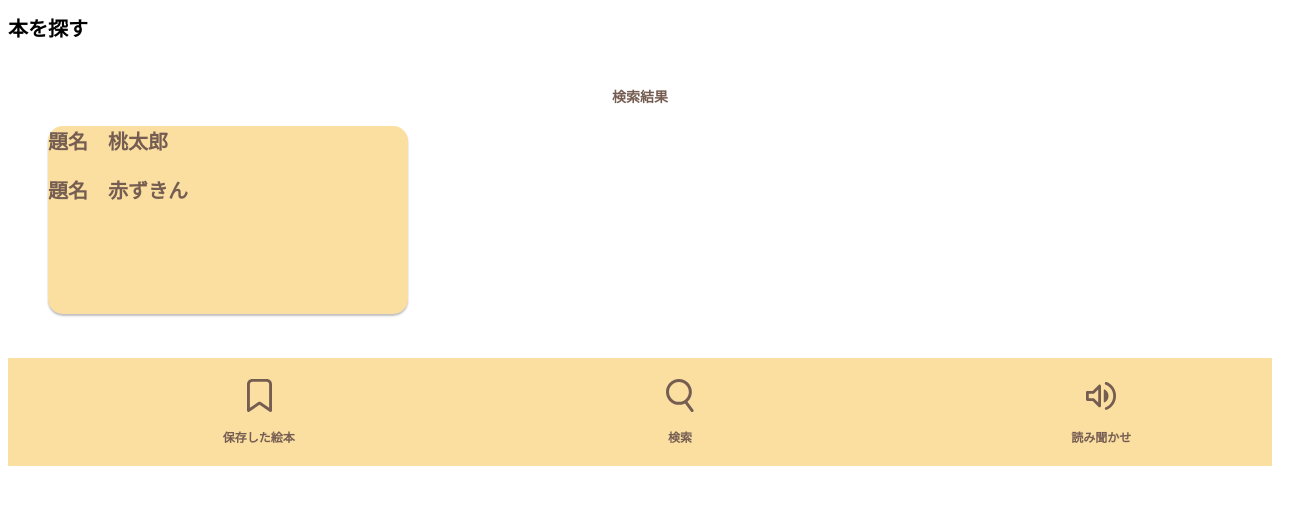
Repository: kmii12/2024-teampj
Page: /result
The author's editor kept a copy of each file at every save. The page is drawn from the files as they stood at one save, then again after the next save.
The browser window is 1280 px wide. The page is 1312 px wide, so the pictures cover 1312 px, including what lies to the right of the window. The pictures show the whole page.
Some web fonts or font styles are not loaded; a fallback is used. The project was rebuilt for these pictures with package versions that can differ from the ones it lists, and the page was loaded fresh each time. The framework's server and built-in components were replaced by stand-ins that run in the browser. Also part of the build but not shown: next.config.mjs.

Above is the page before, as saved 2024-10-23 10:28:07.

After the next save:
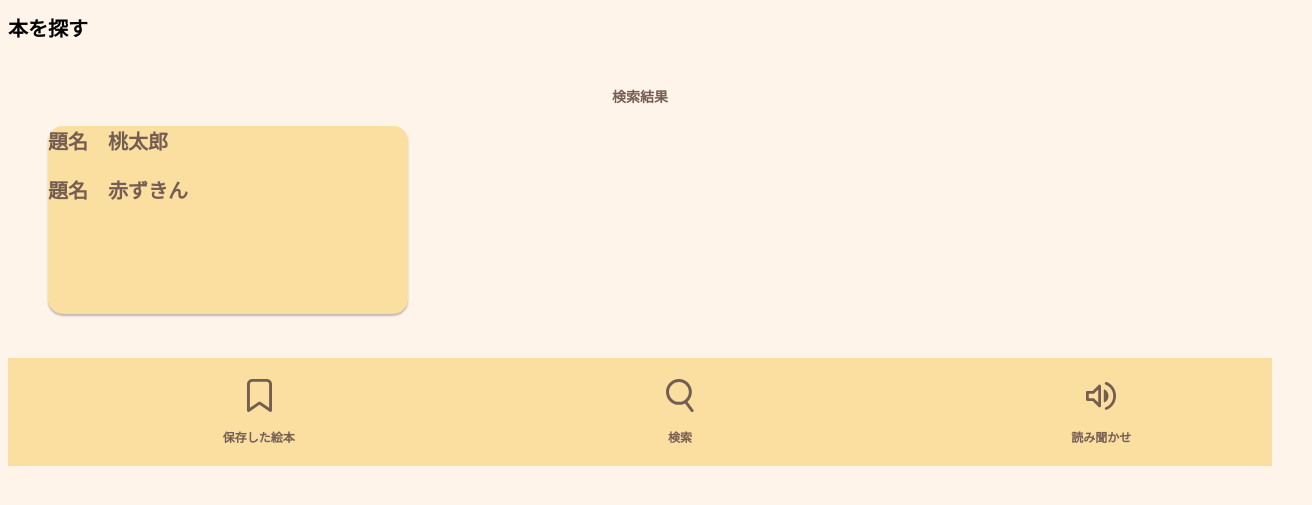
Saved 2 min 18 s later.
--- a/src/app/globals.css
+++ b/src/app/globals.css
@@ -4,6 +4,7 @@ html {
 
 body {
   font-family: "Zen Maru Gothic", serif;
+  background-color: #fff4ea;
 }
 
 a {
